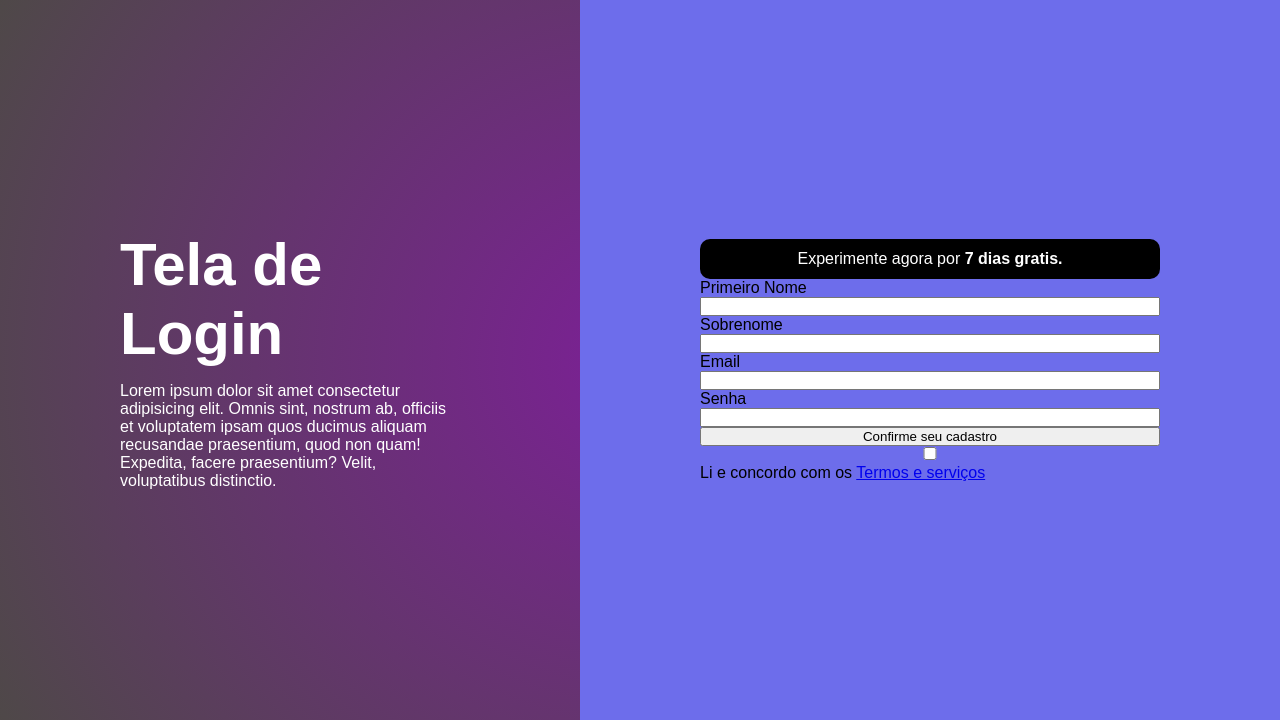
Repository: analessp/tela-login
Page: index.html
The author's editor kept a copy of each file at every save. The page is drawn from the files as they stood at one save, then again after a run of saves.
The browser window is 1280 px wide. The pictures show the whole page.
Some web fonts or font styles are not loaded; a fallback is used.

Above is the page before, as saved 2025-04-16 08:51:36.

### index.html
<!DOCTYPE html>
<html lang="pt-br">
  <head>
    <meta charset="UTF-8" />
    <meta name="viewport" content="width=device-width, initial-scale=1.0" />
    <title>Tela de Login</title>
    <link rel="stylesheet" href="style.css" />
    <link rel="preconnect" href="https://fonts.googleapis.com" />
    <link rel="preconnect" href="https://fonts.gstatic.com" crossorigin />
    <link href="https://fonts.googleapis.com/css2?family=Nunito:ital,wght@0,200..1000;1,200..1000&family=Special+Gothic&display=swap" rel="stylesheet" />
  </head>
  <body>
    <main>
      <div class="container-left">
        <h1>Tela de Login</h1>
        <p>Lorem ipsum dolor sit amet consectetur adipisicing elit. Omnis sint, nostrum ab, officiis et voluptatem ipsam quos ducimus aliquam recusandae praesentium, quod non quam! Expedita, facere praesentium? Velit, voluptatibus distinctio.</p>
      </div>
      <div class="container-right">
        <a href="#" class="teste-gratis">
          <p>Experimente agora por <b>7 dias gratis.</b></p>
        </a>
        <div class="forms">
          <form>

            <div>
              <label for="name">
                <p>Primeiro Nome</p>
                <input id="name" type="text" />
              </label>
            </div>

            <div>
                <label for="lastname">
                    <p>Sobrenome</p>
                    <input id="lastname" type="text" />
                </label>
            </div>

            <div>
                <label for="email">
                    <p>Email</p>
                    <input id="email" type="email" />
                </label>
            </div>

            <div>
                <label for="password">
                    <p>Senha</p>
                    <input id="password" type="password" />
                </label>
            </div>

            <button type="submit">
                <p>Confirme seu cadastro</p>
            </button>
            <div>
                <input type="checkbox">
                <p>
                    Li e concordo com os <a href="#">Termos e serviços</a>
                </p>
            </div>
          </form>
        </div>
      </div>
    </main>
  </body>
</html>

### style.css
* {
    margin: 0;
    padding: 0;
    box-sizing: border-box;
    width: 100%;
    font-family: "Special Gothic", sans-serif;
}

main {
    display: flex;
    background-image: url("./assets/background.jpg") no-repeat center center;
    background-size: cover;
    position: relative;
    height: 100vh;
    z-index: 0;
}

&::after {
    content: "";
    background: #6d078a;
    background: radial-gradient(circle, rgba(109, 7, 138, 1) 0%, rgba(59, 52, 52, 1) 100%);
    position: absolute;
    top: 0;
    left: 0;
    opacity: 0.9;
    width: 100%;
    height: 100%;
    z-index: -1;
}

.container-left {
    color: white;
    display: flex;
    justify-content: center;
    flex-direction: column;
    padding: 40px 120px;
    gap: 14px;
}

.container-left h1 {
    font-size: 60px;
}

.container-right {
    background-color: rgb(109, 109, 235);
    display: flex;
    flex-direction: column;
    justify-content: center;
    padding: 40px 120px;
}

.teste-gratis {
    display: flex;
    justify-content: center;
    align-items: center;
    width: 460px;
    height: 40px;
    background-color: black;
    text-decoration: none;
    color: white;
    border-radius: 10px;
}

.teste-gratis p{
text-align: center;
}

After the next 3 saves:
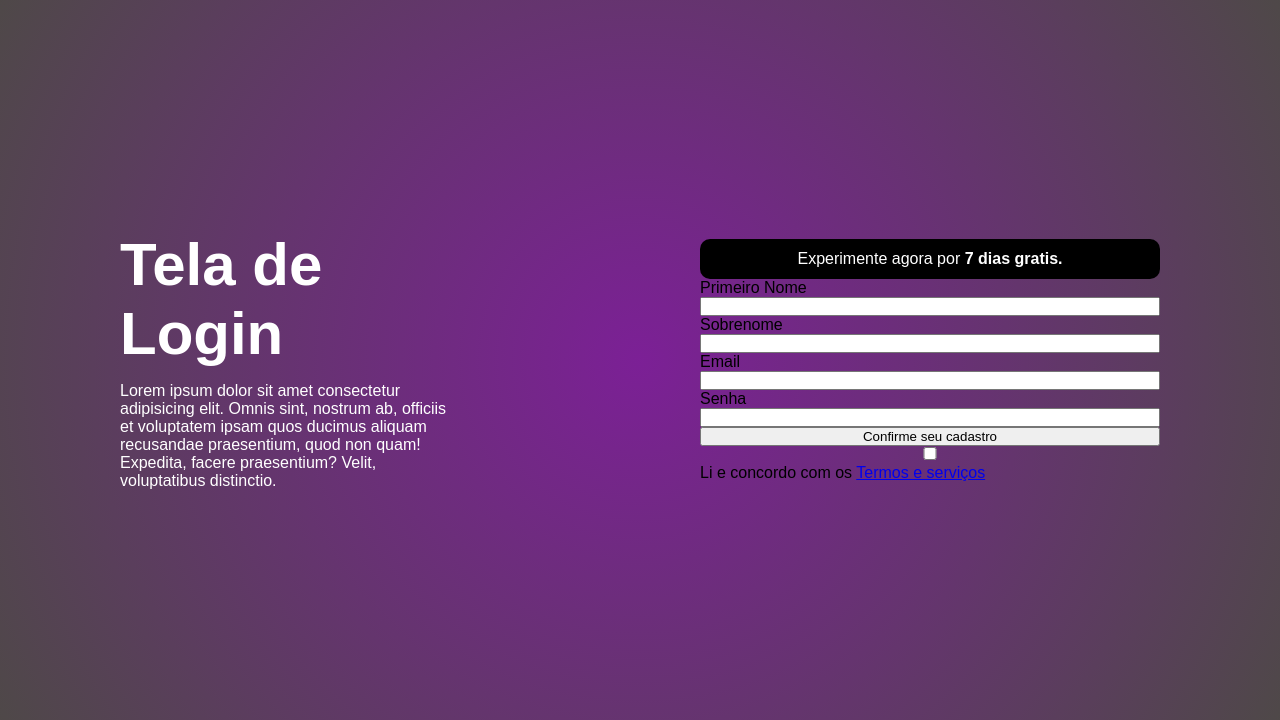
The 3 saves are shown as one change because they came seconds apart.
The last was saved 20 s later.
--- a/style.css
+++ b/style.css
@@ -42,7 +42,7 @@ main {
 }
 
 .container-right {
-    background-color: rgb(109, 109, 235);
+    background-color: #333(109, 109, 235);
     display: flex;
     flex-direction: column;
     justify-content: center;
